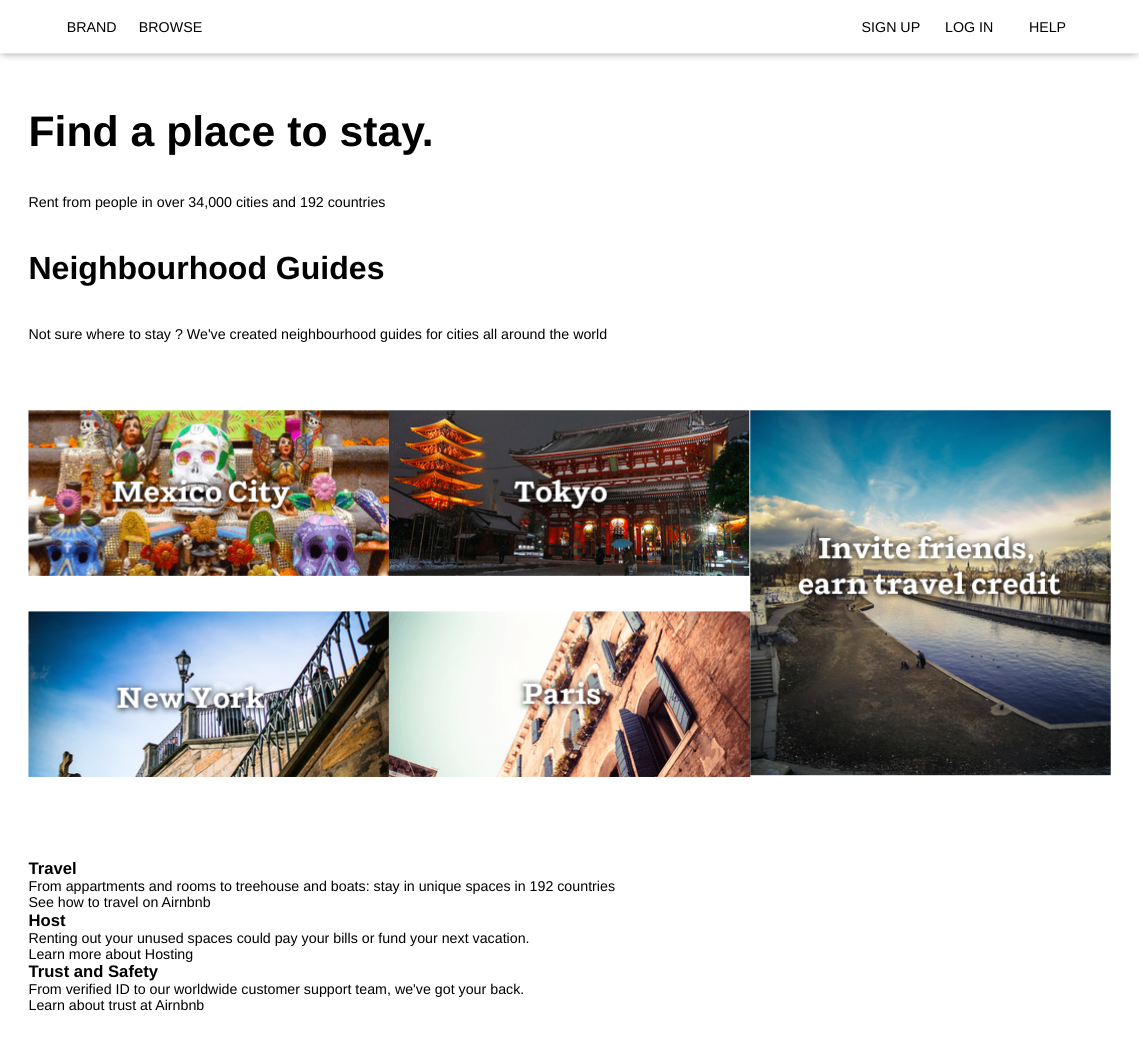
Repository: Naohonproject/web101x02-asm3
Page: Project3.html
An editor plug-in stored every save of this project. The page is shown before and after a run of saves, followed by the edit.
The browser window is 1280 px wide. The pictures show the whole page, at 89% of full size.

Above is the page before, as saved 2022-01-22 14:35:25.

### Project3.html
<!-- @format -->

<!DOCTYPE html>
<html lang="en">
	<head>
		<meta charset="UTF-8" />
		<meta http-equiv="X-UA-Compatible" content="IE=edge" />
		<meta name="viewport" content="width=device-width, initial-scale=1.0" />
		<link rel="stylesheet" href="./assets/css/style.css" />

		<link rel="stylesheet" href="./assets/css/layout.css" />
		<link rel="stylesheet" href="./assets/css/responsive.css" />
		<title>Home</title>
	</head>
	<body>
		<header id="header">
			<div class="header-wrapper">
				<div class="nav-bar">
					<div class="left-col">
						<div class="nav-item ml">
							<a href="#">Brand</a>
						</div>

						<div class="nav-item ml">
							<a href="#">Browse</a>
						</div>
					</div>

					<div class="right-col">
						<div class="nav-item ml">
							<a href="Signup.html" target="_blank">Sign Up</a>
						</div>

						<div class="nav-item ml">
							<a href="login.html" target="_blank">Log In</a>
						</div>

						<div class="nav-item ml mr">
							<a href="#" target="_blank">Help</a>
						</div>
					</div>
				</div>
			</div>
		</header>

		<div id="main" class="p-32">
			<div id="banner">
				<div class="banner-wrapper">
					<div class="content-heading">
						<h1>Find a place to stay.</h1>
					</div>
					<div class="content-desc">
						<p>Rent from people in over 34,000 cities and 192 countries</p>
					</div>
				</div>
			</div>

			<div id="section">
				<div class="section-wrapper">
					<div class="section-heading">
						<h2>Neighbourhood Guides</h2>
					</div>
					<div class="section-desc">
						<p>
							Not sure where to stay ? We've created neighbourhood guides for
							cities all around the world
						</p>
					</div>
				</div>
			</div>

			<div id="img-list">
				<div class="img-list-wrapper row">
					<div class="image-block col-tablet-6 col-desktop-4">
						<img
							class="first-img"
							src="./assets/img/web101x-Mexico City.png"
							alt="Mexico City"
							width="360"
						/>
						<img
							src="./assets/img/web101x-New York.png"
							alt="New York City"
							width="360"
						/>
					</div>
					<div class="image-block col-tablet-6 col-desktop-4">
						<img
							class="first-img"
							src="./assets/img/web101x-Tokyo.png"
							alt="Tokyo City"
							width="360"
						/>
						<img
							src="./assets/img/web101x-Paris.png"
							alt="Paris City"
							width="360"
						/>
					</div>
					<div class="image-block col-tablet-6 col-desktop-4">
						<img
							src="./assets/img/web101x-Invitation.png"
							alt="Invitation image"
							width="360"
						/>
					</div>
				</div>
				<div class="clear"></div>
			</div>
		</div>

		<footer id="footer" class="p-32">
			<div class="footer-wrapper row">
				<div class="footer-block">
					<h3 class="bold-text">Travel</h3>
					<p>
						From appartments and rooms to treehouse and boats: stay in unique
						spaces in 192 countries
					</p>
					<a href="#">See how to travel on Airnbnb</a>
				</div>

				<div class="footer-block">
					<h3 class="bold-text">Host</h3>
					<p>
						Renting out your unused spaces could pay your bills or fund your
						next vacation.
					</p>
					<a href="#">Learn more about Hosting</a>
				</div>

				<div class="footer-block">
					<h3 class="bold-text">Trust and Safety</h3>
					<p>
						From verified ID to our worldwide customer support team, we've got
						your back.
					</p>
					<a href="#">Learn about trust at Airnbnb</a>
				</div>
				<div class="clear"></div>
			</div>
		</footer>
	</body>
</html>

### assets/css/style.css
/**
 * /* ======reset css======
 *
 * @format
 */

*,
::before,
::after {
	padding: 0;
	margin: 0;
	box-sizing: border-box;
	list-style-type: none;
	text-decoration: none;
	color: #000;
}

html {
	font-family: "Helvetica Neue", Helvetica, Arial;
}

.header-wrapper {
	font-size: 16px;
}

.nav-bar a {
	color: #fff;
	text-transform: uppercase;
}

### assets/css/layout.css
/** @format */
.ml {
	margin-left: 10px;
}

.mr {
	margin-right: 10px;
}

.row {
	display: flex;
	flex-direction: row;
	flex-wrap: wrap;
}

.row > * {
	width: 100%;
	max-width: 100%;
	flex-shrink: 0;
}

.col-1 {
	width: 8.33%;
}
.col-2 {
	width: 16.66%;
}
.col-3 {
	width: 25%;
}
.col-4 {
	width: 33.33%;
}
.col-5 {
	width: 41.66%;
}
.col-6 {
	width: 50%;
}
.col-7 {
	width: 58.33%;
}
.col-8 {
	width: 66.66%;
}
.col-9 {
	width: 75%;
}
.col-10 {
	width: 83.33%;
}
.col-11 {
	width: 91.66%;
}
.col-12 {
	width: 100%;
}

#header {
	width: 100vw;
	height: 60px;
	background-color: #60646d;
	background-clip: border-box;
	position: fixed;
	left: 0;
	top: 0;
	z-index: 1;
}

.nav-bar {
	display: flex;
	flex-direction: row;
	flex-wrap: no-wrap;
	align-items: center;
	justify-content: space-evenly;
	padding: 0 20px;
}

.nav-item {
	width: 70px;
	height: 60px;
	padding: 22px 0;
	text-align: center;
}

.left-col {
	display: flex;
	flex: 2;
	flex-direction: row;
	justify-content: space-around;
	align-items: center;
}

.right-col {
	display: flex;
	flex: 3;
	flex-direction: row;
	justify-content: space-around;
	align-items: center;
}

#main {
	margin-top: 60px;
}

#main,
#footer {
	padding: 32px;
}

#banner {
	width: 100%;
	background-color: #fff;
	color: #000;
	position: relative;
	top: 0;
	left: 0;
}

div[class*="-heading"] {
	padding: 28px 0;
	font-size: 24px;
}

div[class*="-desc"] {
	padding: 16px 0;
}

#img-list {
	width: 100%;
}

#img-list .img-list-wrapper {
	padding: 24px 0;
	margin: 0 auto;
}

#img-list img {
	width: 100%;
	margin-top: 36px;
}

### assets/css/responsive.css
/** @format */

/* ========responsive for tablet */

@media screen and (min-width: 768px) {
	#header {
		background-color: #87766c;
	}

	.nav-bar {
		padding: 0 28px;
	}

	.left-col {
		justify-content: flex-start;
	}

	.right-col {
		justify-content: flex-end;
	}

	.ml {
		margin-left: 14px;
	}

	.mr {
		margin-right: 14px;
	}

	.col-tablet-1 {
		width: 8.33%;
	}
	.col-tablet-2 {
		width: 16.66%;
	}
	.col-tablet-3 {
		width: 25%;
	}
	.col-tablet-4 {
		width: 33.33%;
	}
	.col-tablet-5 {
		width: 41.66%;
	}
	.col-tablet-6 {
		width: 50%;
	}
	.col-tablet-7 {
		width: 58.33%;
	}
	.col-tablet-8 {
		width: 66.66%;
	}
	.col-tablet-9 {
		width: 75%;
	}
	.col-tablet-10 {
		width: 83.33%;
	}
	.col-tablet-11 {
		width: 91.66%;
	}
	.col-tablet-12 {
		width: 100%;
	}
}

/* ========responsive for desktop */

@media screen and (min-width: 992px) {
	#header {
		background-color: #fff;
		box-shadow: 0 0 10px gray;
	}

	.nav-bar {
		padding: 0 50px;
	}

	.left-col {
		justify-content: flex-start;
	}

	.right-col {
		justify-content: flex-end;
	}

	.ml {
		margin-left: 18px;
	}

	.mr {
		margin-right: 18px;
	}

	.nav-bar a {
		color: #000;
	}

	.col-desktop-1 {
		width: 8.33%;
	}
	.col-desktop-2 {
		width: 16.66%;
	}
	.col-desktop-3 {
		width: 25%;
	}
	.col-desktop-4 {
		width: 33.33%;
	}
	.col-desktop-5 {
		width: 41.66%;
	}
	.col-desktop-6 {
		width: 50%;
	}
	.col-desktop-7 {
		width: 58.33%;
	}
	.col-desktop-8 {
		width: 66.66%;
	}
	.col-desktop-9 {
		width: 75%;
	}
	.col-desktop-10 {
		width: 83.33%;
	}
	.col-desktop-11 {
		width: 91.66%;
	}
	.col-desktop-12 {
		width: 100%;
	}
}

After the next 2 saves:
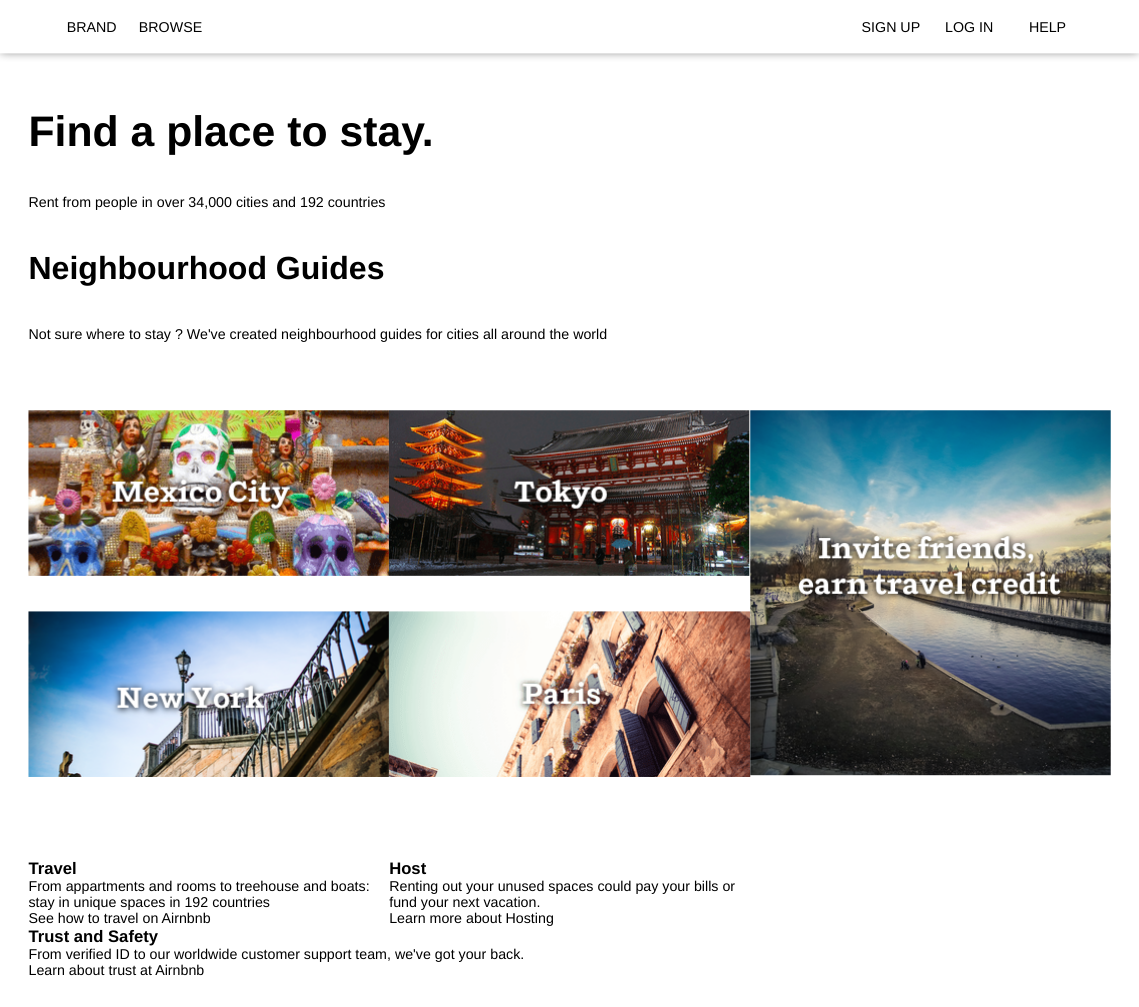
The 2 saves are shown as one change because they came seconds apart.
The last was saved 46 s later.
--- a/Project3.html
+++ b/Project3.html
@@ -111,7 +111,7 @@
 
 		<footer id="footer" class="p-32">
 			<div class="footer-wrapper row">
-				<div class="footer-block">
+				<div class="footer-block col-desktop-4">
 					<h3 class="bold-text">Travel</h3>
 					<p>
 						From appartments and rooms to treehouse and boats: stay in unique
@@ -120,7 +120,7 @@
 					<a href="#">See how to travel on Airnbnb</a>
 				</div>
 
-				<div class="footer-block">
+				<div class="footer-block col-desktop-4">
 					<h3 class="bold-text">Host</h3>
 					<p>
 						Renting out your unused spaces could pay your bills or fund your
